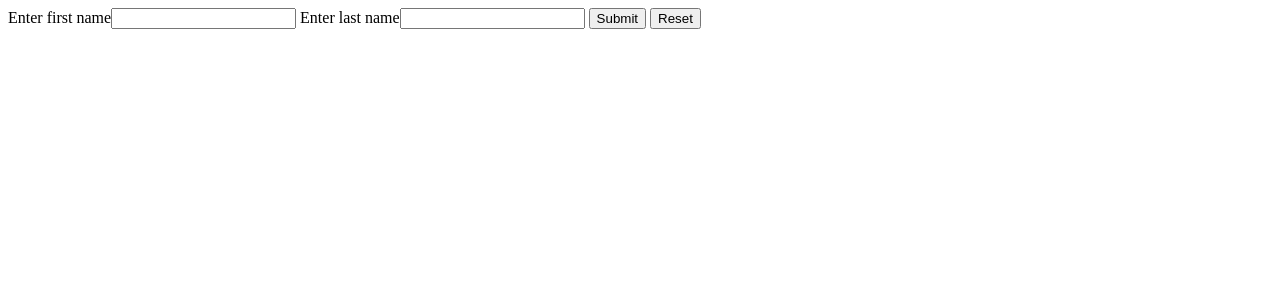
Repository: Bindu2296/allProjects
Page: FormsUsingServlets/WebContent/forms.html
These files come from the project's save history. The page is drawn as it stood at one moment and after the next save; the edit follows.
The browser window is 1280 px wide. The pictures show the whole page.

Above is the page before, as saved 2019-03-25 10:29:04.

### FormsUsingServlets/WebContent/forms.html
<!DOCTYPE html>
<html>
<head>
<meta charset="ISO-8859-1">
<title>Insert title here</title>
</head>
<body>
<form action="">
<label>Enter first name</label><input name="firstname" type="text"/>
<label>Enter last name</label><input name="lastname" type="text"/>
<input type="submit"/>
<input type="reset"/>


</form>
</body>
</html>

After the next save:
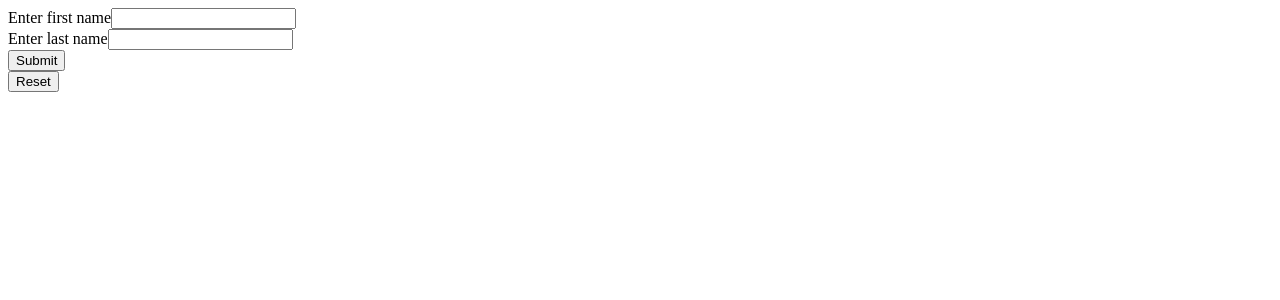
Saved 62 s later.
--- a/FormsUsingServlets/WebContent/forms.html
+++ b/FormsUsingServlets/WebContent/forms.html
@@ -6,9 +6,9 @@
 </head>
 <body>
 <form action="">
-<label>Enter first name</label><input name="firstname" type="text"/>
-<label>Enter last name</label><input name="lastname" type="text"/>
-<input type="submit"/>
+<label>Enter first name</label><input name="firstname" type="text"/><br>
+<label>Enter last name</label><input name="lastname" type="text"/><br>
+<input type="submit"/><br>
 <input type="reset"/>
 
 
